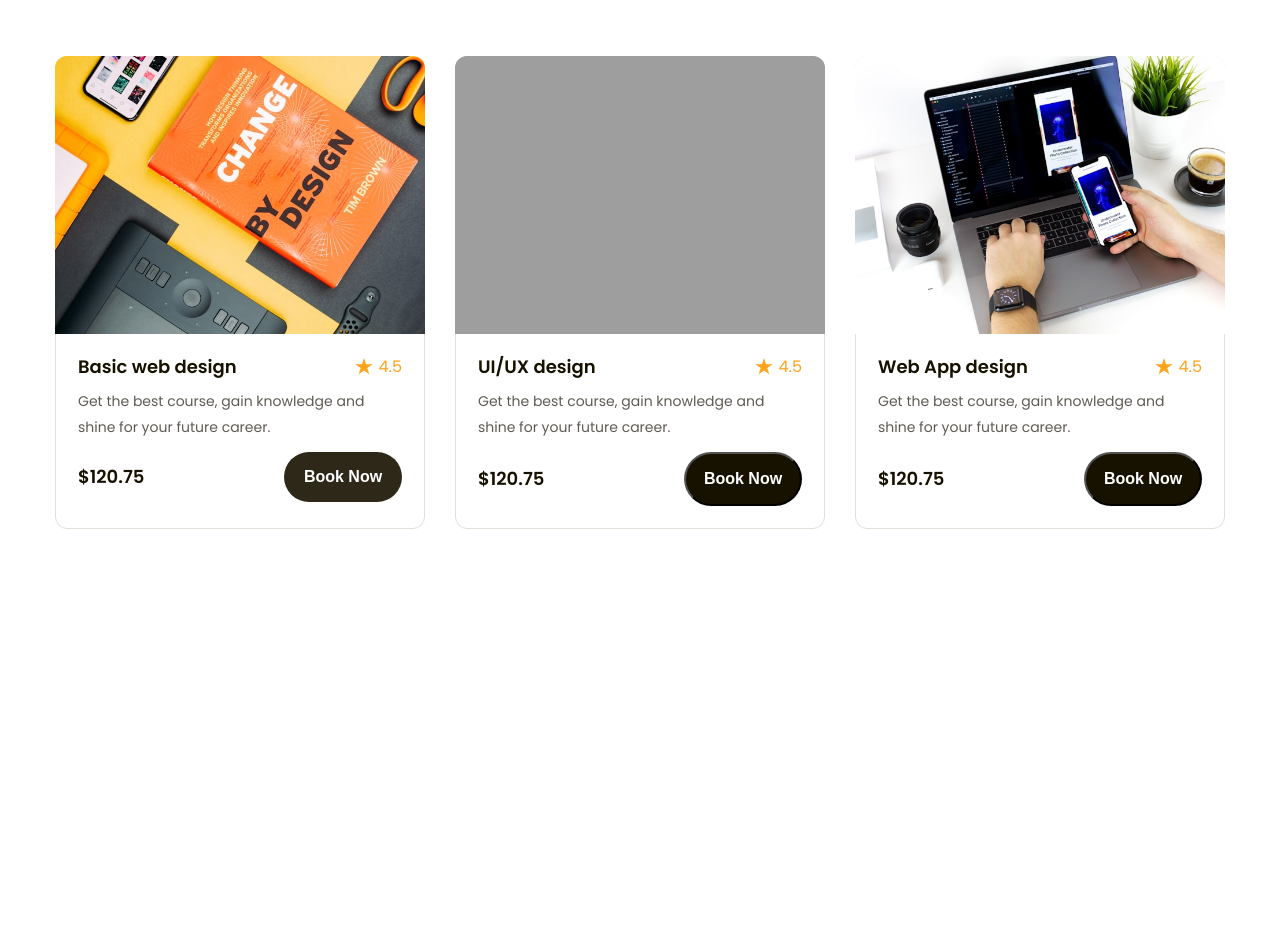
Repository: vancong171001/f8-html-css-02
Page: index.html
The author's editor kept a copy of each file at every save. The page is drawn from the files as they stood at one save, then again after a run of saves.
The browser window is 1280 px wide. The pictures show the part of the page from y = 1243 to 2195 px (the page is 5000 px tall).
The pointer rests on the first visible `.popular .foot .boot-btn`.
Pictures or frames that could not be fetched are drawn as grey boxes. A picture or video elsewhere on the page could not be fetched, so the positions and the page height are approximate.

Above is the page before, as saved 2025-03-11 14:36:53.

After the next 3 saves:
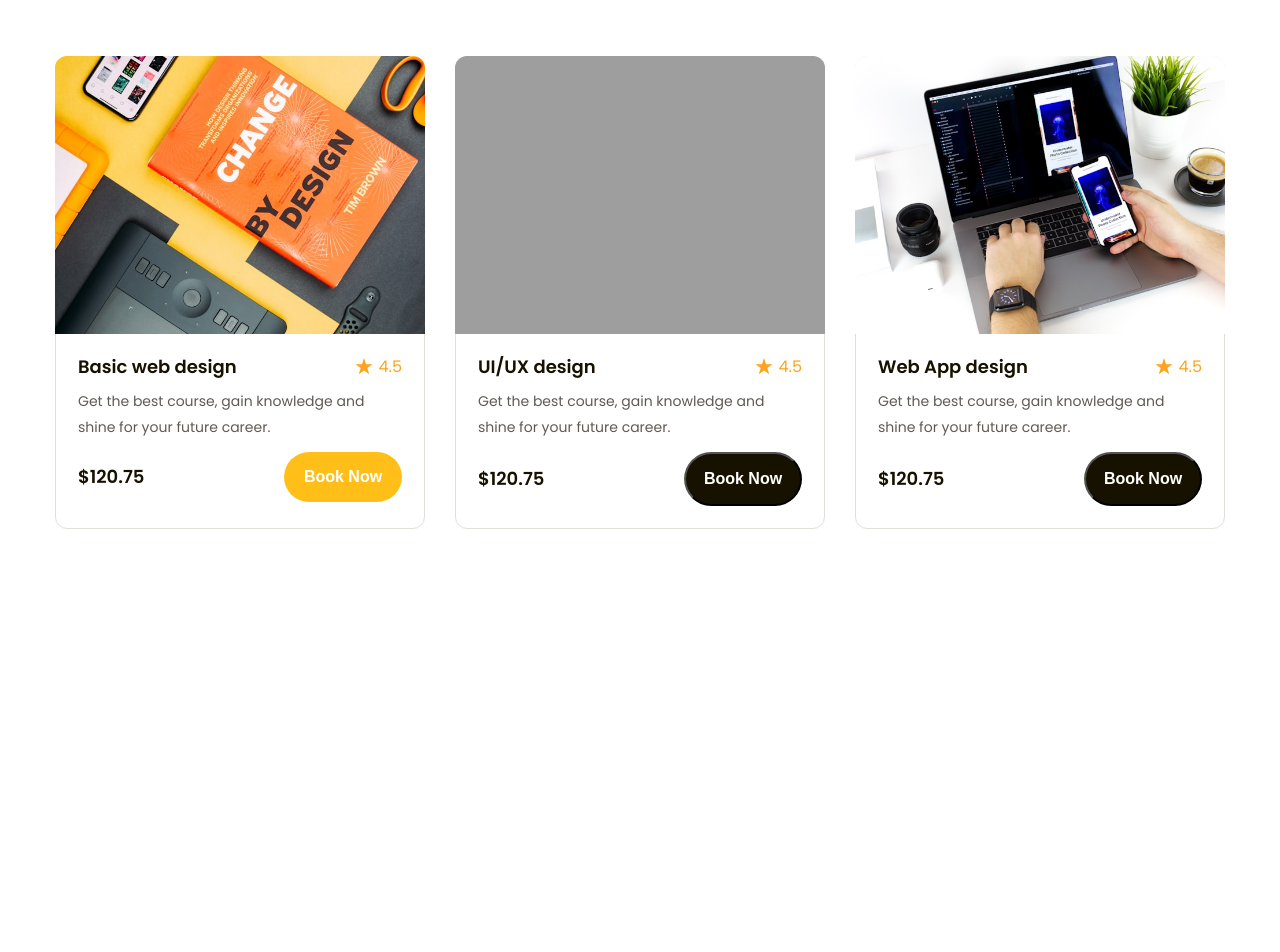
The 3 saves are shown as one change because they came seconds apart.
The last was saved 9 s later.
--- a/assets/css/style.css
+++ b/assets/css/style.css
@@ -379,5 +379,5 @@
 }
 
 .popular .foot .boot-btn:hover {
-
-}
+  background: var(--primary-color);
+}
